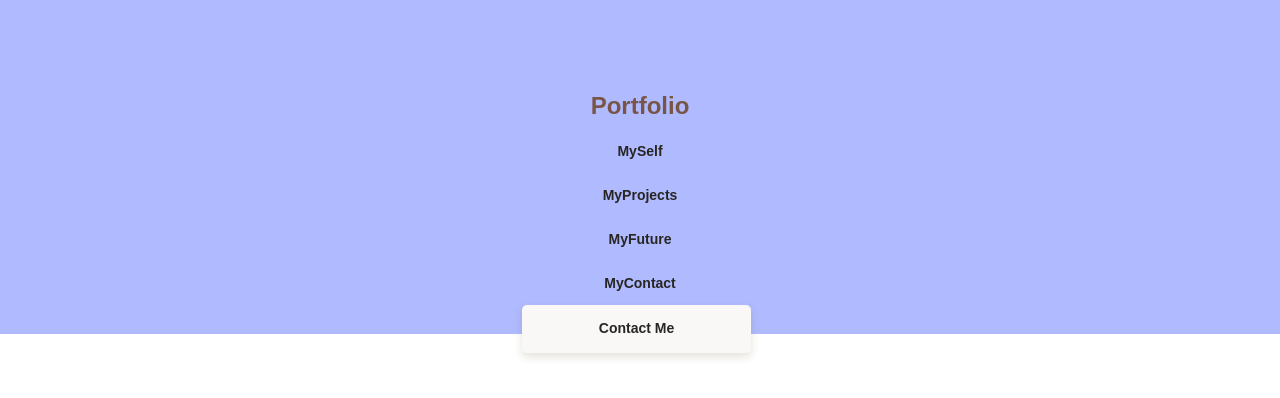
Repository: ChristianGecchelin/PortfolioOnline
Page: index.html
An editor plug-in stored every save of this project. The page is shown before and after the next save, followed by the edit.
The browser window is 1280 px wide. The pictures show the whole page.

Above is the page before, as saved 2022-01-08 14:50:52.

### index.html
<!DOCTYPE html>
<html lang="en">
  <head>
    <meta charset="UTF-8" />
    <meta http-equiv="X-UA-Compatible" content="IE=edge" />
    <meta name="viewport" content="width=device-width, initial-scale=1.0" />
    <title>Portfolio Christian</title>
    <link rel="stylesheet" href="./styles/styles.css" />
  </head>
  <body>
    <header>
      <nav>
        <h1>Portfolio</h1>
        <ul class="list-container">
          <li class="list-container-link">
            <a class="" href="">MySelf</a>
          </li>
          <li class="list-container-link">
            <a class="" href="">MyProjects</a>
          </li>
          <li class="list-container-link">
            <a class="" href="">MyFuture</a>
          </li>
          <li class="list-container-link">
            <a class="" href="">MyContact</a>
          </li>
        </ul>
        <a class="header--nav-button" href="#MyContact">
          Contact Me<span></span
        ></a>
      </nav>
      <main class="principalContainer">
        <section class="principalContainer-mySelf"></section>
        <div class="principalContainer-mySelf--information"></div>
        <div class="principalContainer-mySelf--image"></div>
        <section class="principalContainer-myProject"></section>
        <section class="principalContainer-myFuture"></section>
        <section class="principalContainer-myContact"></section>
      </main>
    </header>
  </body>
</html>

### styles/styles.css
:root {
  --strong-orange: #f7931a;
  --soft-orange: #ffe9d5;
  --secondary-blue: #1a9af7;
  --soft-blue: #e7f5ff;
  --warm-black: #201e1c;
  --black: #282623;
  --grey: #bababa;
  --off-white: #faf8f7;
  --just-white: #fff;
  --light-violet: #b0bbff;
  --strong-violet: #5764b3;
  --skin-color: #ffecb0;
  --yellow-skin-color: #fff3c9;
  --almost-brown: #b3a169;
}
* {
  box-sizing: border-box;
  margin: 0;
  padding: 0;
}
html {
  font-size: 62.5%;
  font-family: "DM Sans", sans-serif;
}
header {
  display: flex;
  flex-direction: column;
  justify-content: center;
  height: 334px;
  background: var(--light-violet);
  text-align: center;
}
header nav {
  flex-direction: column;
  justify-content: center;
  width: 90%;
  min-width: 288px;
  height: 218px;
  align-self: center;
  text-align: center;
  margin-top: 70px;
}
header nav h1 {
  font-size: 2.4rem;
  font-weight: 700;
  line-height: 2.6rem;
  color: #795548;
}

header nav .list-container-link {
  margin-top: 20px;
  list-style: none;
}
header nav .list-container-link a {
  font-size: 1.4rem;
  font-weight: 700;
  line-height: 2.4rem;
  text-decoration: none;
  color: var(--black);
}

header nav .header--nav-button {
  position: absolute;
  top: 270px;
  left: calc(50% - 118px);
  display: block;
  margin-top: 35px;
  padding: 15px;
  width: 229px;
  height: 48px;
  background-color: var(--off-white);
  font-size: 1.4rem;
  font-weight: 700;
  text-decoration: none;
  color: var(--black);
  box-shadow: 0px 4px 8px rgba(89, 73, 30, 0.16);
  border: none;
  border-radius: 5px;
}

After the next save:
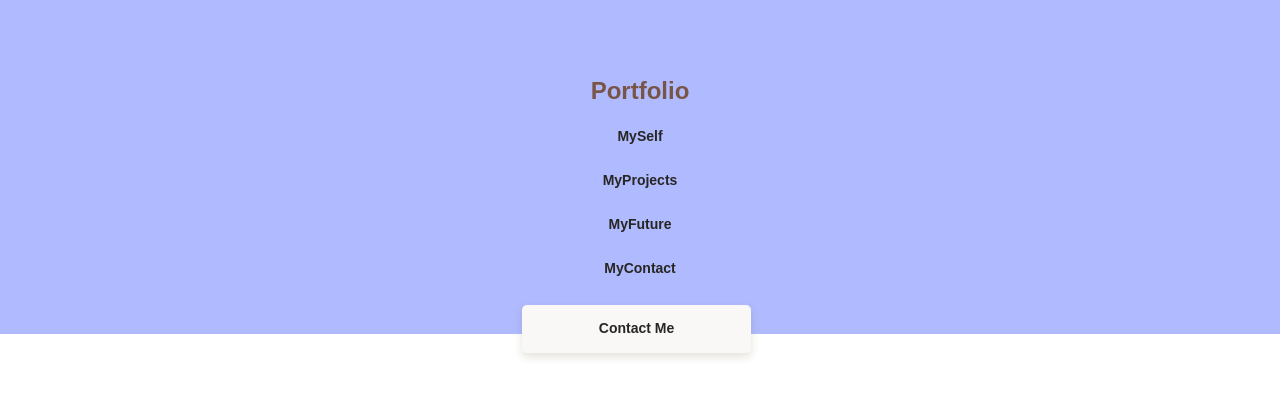
Saved 37 s later.
--- a/styles/styles.css
+++ b/styles/styles.css
@@ -39,7 +39,7 @@ header nav {
   height: 218px;
   align-self: center;
   text-align: center;
-  margin-top: 70px;
+  margin-top: 40px;
 }
 header nav h1 {
   font-size: 2.4rem;
